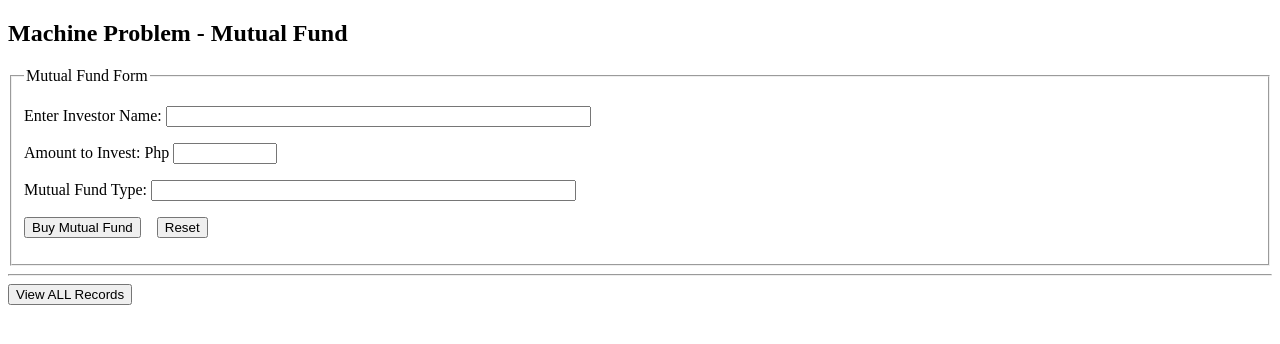
Repository: joshualaxamana/INFOSECWorkspace
Page: http://localhost/MachineProblem1/
The author's editor kept a copy of each file at every save. The page is drawn from the files as they stood at one save, then again after the next save.
The browser window is 1280 px wide. The pictures show the whole page.
The page is served by Tomcat 9. Other server files are loaded and not shown.

Above is the page before, as saved 2017-11-18 19:29:47.

### MachineProblem1/web/index.jsp
<%@ page language="java" contentType="text/html; charset=ISO-8859-1"
    pageEncoding="ISO-8859-1"%>
<!DOCTYPE html>
<html>
<head>
<meta http-equiv="Content-Type" content="text/html; charset=ISO-8859-1">
<title>Machine Problem - Mutual Fund</title>
</head>
<body>
	<h2>Machine Problem - Mutual Fund</h2>

	<fieldset>
		<legend>Mutual Fund Form</legend>
		<form action='processmutualfund.action' method='post'>
			<p>Enter Investor Name:
				<input type='text' name='name' id='name'
					size='50' required="required"/>
			</p>
			<p>Amount to Invest: Php
				<input type="number" name='amount' id='amount'
					min="1000" max="10000000" required="required"/>
			</p>
			<p>Mutual Fund Type:
				<input type='text' name='type' id='type'
					size='50' required="required"/>
			</p>
			<p>
				<input type="submit" value='Buy Mutual Fund'/>&nbsp;&nbsp;&nbsp;
				<input type="reset"/>
			</p>
		</form>
	</fieldset>
	<hr/>
	<form action="listallrecords.action">
		<input type="submit" value="View ALL Records">
	</form>
</body>
</html>

After the next save:
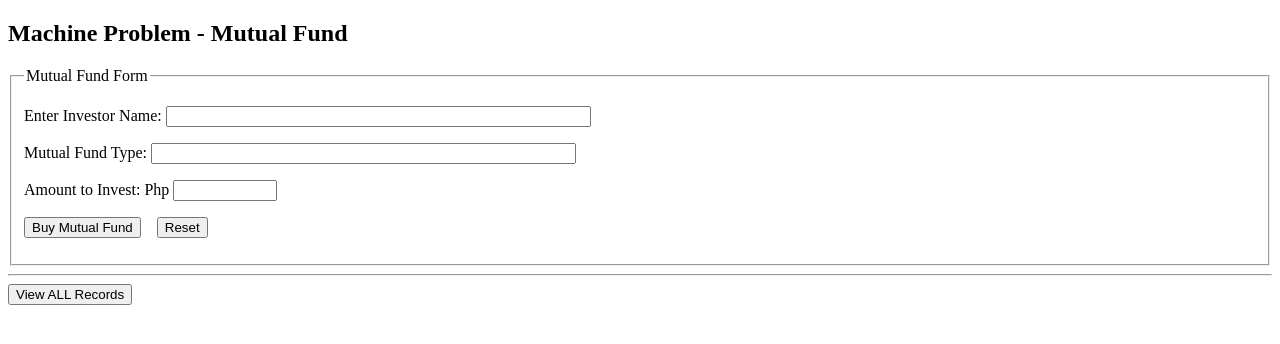
Saved 82 s later.
--- a/MachineProblem1/web/index.jsp
+++ b/MachineProblem1/web/index.jsp
@@ -16,13 +16,13 @@
 				<input type='text' name='name' id='name'
 					size='50' required="required"/>
 			</p>
+			<p>Mutual Fund Type:
+				<input type='text' name='type' id='type'
+					size='50' required="required"/>
+			</p>
 			<p>Amount to Invest: Php
 				<input type="number" name='amount' id='amount'
 					min="1000" max="10000000" required="required"/>
-			</p>
-			<p>Mutual Fund Type:
-				<input type='text' name='type' id='type'
-					size='50' required="required"/>
 			</p>
 			<p>
 				<input type="submit" value='Buy Mutual Fund'/>&nbsp;&nbsp;&nbsp;
